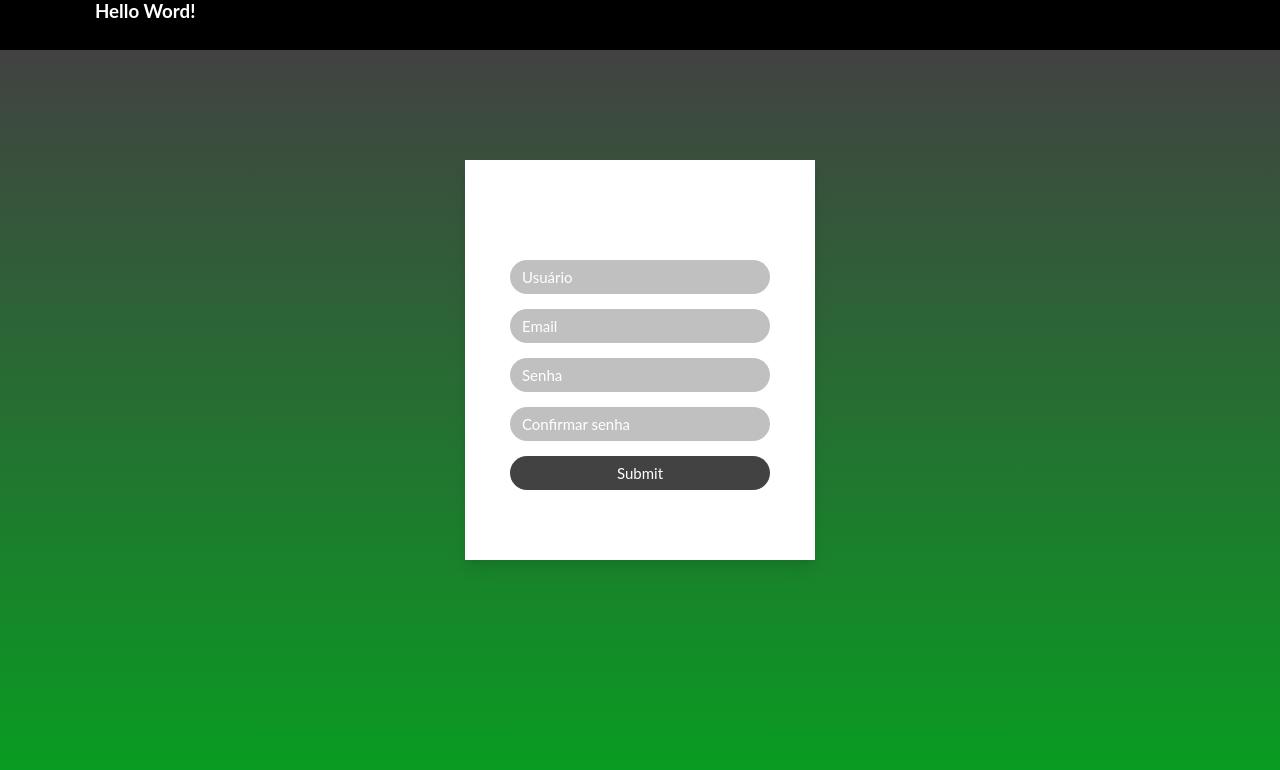
Repository: JoaoNahid/adminSystem
Page: /cadastro (app in client/)
These files come from the project's save history. The page is drawn as it stood at one moment and after the next save; the edit follows.
The browser window is 1280 px wide. The pictures show the whole page.
The project was rebuilt for these pictures with package versions that can differ from the ones it lists, and the page was loaded fresh each time. Also part of the build but not shown: client/src/App.css, client/src/routes/login.js, client/src/routes/home.js, client/src/routes/404.js.

Above is the page before, as saved 2022-04-20 20:44:48.

### client/src/App.js
import logo from './logo.svg';
import React, { useState, useEffect } from "react"
import './App.css';
import './css/style.css';


// Router
import { BrowserRouter as Router, Route, Routes } from 'react-router-dom';
// Telas
import Login from './routes/login.js'
import Cadastro from './routes/cadastro.js'
import Home from './routes/home.js'
import Error from './routes/404.js'
import Header from './routes/header.js'

export default function App() {
  return (
    <Router>
      <div>
        <Header />
        <Routes>
          <Route exact path="/login" element={<Login />} />
          <Route exact path="/cadastro" element={<Cadastro />} />
          <Route exact path="/" element={<Home />} />
          <Route path="*" element={<Error />} />
        </Routes>
      </div>
    </Router>
  )
}

### client/src/css/style.css
body{
  margin: 0;
  padding: 0;
  font-family: 'Lato', sans-serif;
}
*{
  margin: 0;
  padding: 0;
  font-family: 'Lato', sans-serif;
}
:root{
  --cor1: #099c22;
  --cor2: #424242;
}

@import url('https://fonts.googleapis.com/css2?family=Lato:ital,wght@0,100;0,300;0,400;0,700;0,900;1,100;1,300;1,400;1,700;1,900&display=swap');


.container{
  /* width: calc(100% - 80px); */
  margin-left: 80px;
  padding: 0 15px;
}
.nomePagina{
  padding: 8px 0;
  margin-bottom: 15px;
  background-color: #fff;
  display: flex;
  flex-direction: row;
  justify-content: space-between;
  align-items: center;
}

.tituloPagina{
  color: var(--cor2);
  font-size: 30px;
}
.mostrarEstatisticas{
  color: var(--cor2);
  font-size: 30px;
  cursor: pointer;
  transform: rotate(180deg);
}
.flexBox{
  display: flex;
}
.flexRow{
  flex-direction: row;
}
/* SIDEBAR */
.sidebar{
  position: fixed;
  top: 0;
  bottom: 0;
  height: auto;
  width: 70px;
  background-color: var(--cor2);
  box-shadow: 10px 0 0 var(--cor1);
  overflow: hidden;
  transition: 0.5s;
  z-index: 2;
}
.sidebar:hover{
  width: 300px;
}
.sidebar ul{
  position: absolute;
  top: 200px;
  left: 0;
  width: 100%;
  padding-left: 5px;
}
.sidebar ul li{
  position: relative;
  list-style: none;
  width: 100%;
  border-top-left-radius: 20px;
}
.sidebar ul li a{
  position: relative;
  display: flex;
  width: 100%;
  text-decoration: none;
  color: #fff;
}
.sidebar .iconeSidebar{
  position: relative;
  display: block;
  min-width: 60px;
  height: 60px;
  text-align: center;
  line-height: 70px;
}
.sidebar .iconeSidebar ion-icon{
  position: relative;
  font-size: 1.5rem;
  z-index: 1;
}
.sidebar .tituloSidebar{
  position: relative;
  display: block;
  padding-left: 10px;
  height: 60px;
  line-height: 60px;
  white-space: nowrap;
}
.sidebar .active{
  background: var(--cor1);
}
.perfilUsuario{
  position: relative;
  top: 30px;
  display: flex;
  flex-direction: column;
  justify-content: center;
  align-items: center;
}
.fotoUsuario{
  width: 50px;
  height: 50px;
  border-radius: 50%;
  background-size: cover !important;
  background-repeat: no-repeat !important;
  background-position: center !important;
  transition: 0.6s;
}
.sidebar:hover .fotoUsuario{
  width: 100px;
  height: 100px;
}
.sidebar:hover .nomeUsuario,
.sidebar:hover .funcaoUsuario{
  visibility: visible;
  opacity: 1;
  transition: visibility 0s, opacity 0s linear;
}
.nomeUsuario{
  color: #fff;
  font-size: 20px;
  margin-top: 6px;
  visibility: hidden;
  opacity: 0;
  transition: visibility 0s, opacity 0s linear;
}
.funcaoUsuario{
  color: #fff;
  font-size: 15px;
  visibility: hidden;
  opacity: 0;
  transition: visibility 0s, opacity 0s linear;
}
/* FIM SIDEBAR */

/* DASHBOARD */
.areaBlocosEstatisticas{
  display: grid;
  grid-template-columns: repeat(4, 1fr);
  justify-content: center;
  gap: 20px;
  flex-direction: row;
}
@media(max-width: 1064px){
  .areaBlocosEstatisticas{
    grid-template-columns: repeat(2, 1fr);
  }
}
@media(max-width: 651px){
  .areaBlocosEstatisticas{
    grid-template-columns: 1fr;
  }
}
.blocoEstatistica{
  width: auto;
  height: 150px;
  background: var(--cor2);
  color: #fff;
  border-bottom: 3px solid var(--cor1);
  border-top-left-radius: 20px;
  border-top-right-radius: 20px;
  display: flex;
  flex-direction: column;
  justify-content: space-between;
  align-items: center;
  padding: 8px 12px;
}
.tituloEstatistica{
  font-size: 25px;
  text-transform: capitalize;
}
.conteudoEstatistica{
  display: flex;
  flex-direction: row;
  align-items: center;
  justify-content: space-between;
  width: 100%;
  padding-bottom: 25px;
}
.iconeEstatistica{
  width: 85px;
  font-size: 50px;
  z-index: 0;
}
.dadosEstatistica{
  text-align: center;
  width: 100%;
  font-size: 60px;
  color: #fff;
}
.exibirMenu{
  margin-top: -1000px !important;
  transition: .3s;
}
.rotacionarBtn{
  transform: rotate(180deg);
  transition: .7s ease-in;
}
/* FIM DASHBOARD */

/* LOGIN */
#bgAreaLogin{
  background: rgb(9,156,34);
  background: linear-gradient(0deg, rgba(9,156,34,1) 0%, rgba(66,66,66,1) 100%);
  width: 100%;
  height: 100vh;
}
#areaLogin{
  position: absolute;
  top: 0;
  bottom: 0;
  right: 0;
  left: 0;
  margin: auto auto;
  width: 350px;
  height: 400px;
  box-shadow: rgba(0, 0, 0, 0.1) 0px 10px 15px -3px, rgba(0, 0, 0, 0.05) 0px 4px 6px -2px;
  background-color: #fff;
}
.formLogin{
  padding: 15px 45px ;
  display: flex;
  flex-direction: column;
  gap: 15px;
  align-items: center;
  justify-content: center;
  height: 100%;
}
#areaLogin input{
  /* border-top: 0 none;
  border-right: 0 none;
  border-left: 0 none;
  border-color: var(--cor1); */
  border: 0 none;
  background: #42424255;
  color: var(--cor2);
  border-radius: 20px;
  padding: 8px 12px;
  font-size: 15px;
  width: calc(100% - 24px);
}
#areaLogin input::placeholder{
  color: #fff;
}
#areaLogin input:focus{
  outline: none;
}
.btnLogar{
  width: 100% !important;
  background-color: var(--cor2) !important;
  transition: .3s;
  color: #fff !important;
}
.btnLogar:hover{
  background-color: var(--cor1) !important;
  color: #fff !important;
  cursor: pointer;
}
.esqueciASenha{
  font-size: 13px;
  color: var(--cor2);
  text-decoration: none;
}
.esqueciASenha:hover{
  color: inherit;
}

/* FIM LOGIN */

/* Edição Site */
#areaTotalEdicaoSite{
  width: 100%;
}
.menuPaginas{
  display: flex;
  justify-content: center;
  flex-direction: row;
  margin-left: 230px;
  gap: 1px;
  background: var(--cor1);
}
.paginaEdicao{
  padding: 10px 10px;
  background-color: var(--cor2);
  color: #fff;
  width: 100%;
  text-align: center;
}
.paginaEdicao:hover{
  background: var(--cor1);
  cursor: pointer;
}
.menuSectionsPagina{
  width: 230px;
  display: flex;
  flex-direction: column;
  justify-content: center;
  background: var(--cor1);
}
.sectionEdicao{
  background: var(--cor2);
  color: #fff;
  width: calc(100% - 25px);
  text-align: left;
  padding: 16px 12px;
  text-decoration: none;
}
.sectionEdicao:hover{
  background: var(--cor1);
  cursor: pointer;
}
.boxFormEdicao{
  padding: 20px;
  width: calc(100% - 267px);
  border: solid 1px var(--cor2);
  border-left: solid 1px var(--cor1);
}
.tituloCampo{
  font-size: 18px;
  color: var(--cor2);
  margin-bottom: 10px;
}
.menuAtivo{
  background-color: var(--cor1);
}
/* Fim Edição Site */


/* INPUTS */
input:focus{
  outline: 0;
}
.formEdicao input{
  border-top: 0 none;
  border-right: 0 none;
  border-left: 0 none;
  border-bottom: 2px solid var(--cor2);
  padding: 0 5px 2px;
  font-size: 15px;
  transition: 0.3s;
  width: 100%;
}
.formEdicao input:focus{
  border-color: var(--cor1);
}
/* FIM INPUTS */

#headerArea{
  height: 50px;
  width: 100%;
  background-color: #000;
  color: #fff;
}

### client/src/routes/cadastro.js
import React, { Component } from "react"
import Axios from "axios"
import md5 from "md5-hash"

export default class Cadastro extends Component {
    constructor() {
        super()

        this.state = {
            usuario: "",
            senha: "",
            email: "",
            confirmarSenha: ""
        }
    }

    cadastrar = (e) => {
        e.preventDefault()
        if (this.state.senha === this.state.confirmarSenha){
             Axios.post('http://localhost:3001/cadastro', {
                usuario: this.state.usuario,
                senha: md5(this.state.senha),
                email: this.state.email
            }).then((response) => {
                console.log(response)
            })
            Axios.get('http://localhost:3001/cadastro/'+this.state.email+'/'+this.state.usuario).then((response) => {
                console.log(response)
                var dadosDoServidor = response.data[0]
                console.log(response.data[0])
                localStorage.setItem("id", dadosDoServidor.idUsuario)
                localStorage.setItem("email", dadosDoServidor.email)
            })
            if (localStorage.getItem("id") && localStorage.getItem("email")){
                window.location.href = "/home"
            }

        } else{
            console.log(this.state.senha)
            console.log(this.state.confirmarSenha)
            alert('Senhas não conferem')
        }

    }

    render() {
        return (
            <div id="bgAreaLogin">
                <div id="areaLogin" className="">
                    <div className="logoAreaLogin">

                    </div>
                    <form className="formLogin" method="post">
                        <input className="inputCampo" type="text" autoComplete="off" placeholder="Usuário" name="usuario" defaultValue={this.state.usuario} onChange={(e) => (this.setState({ usuario: e.target.value }))} />
                        <input className="inputCampo" type="text" autoComplete="off" placeholder="Email" name="email" defaultValue={this.state.email} onChange={(e) => (this.setState({ email: e.target.value }))} />
                        <input className="inputCampo" type="password" autoComplete="off" placeholder="Senha" name="senha" defaultValue={this.state.senha} onChange={(e) => (this.setState({ senha: e.target.value }))} />
                        <input className="inputCampo" type="password" autoComplete="off" placeholder="Confirmar senha" name="confirmarSenha" defaultValue={this.state.confirmarSenha} onChange={(e) => (this.setState({ confirmarSenha: e.target.value }))} />

                        <input className="btnLogar" type="submit" name="logar" defaultValue="Criar conta" onClick={(e) => this.cadastrar(e)} />
                    </form>
                </div>
            </div>
        )
    }
}

### client/src/routes/header.js
import React, { Component } from "react"

export default function Header() {

    return(
        <div id="headerArea">
            <div className="container">
                <h3>Hello Word!</h3>
            </div>
        </div>
    )
}

Loaded but not shown: client/public/index.html (common file); client/src/index.js (common file); client/src/index.css (common file); client/src/reportWebVitals.js (common file)

After the next save:
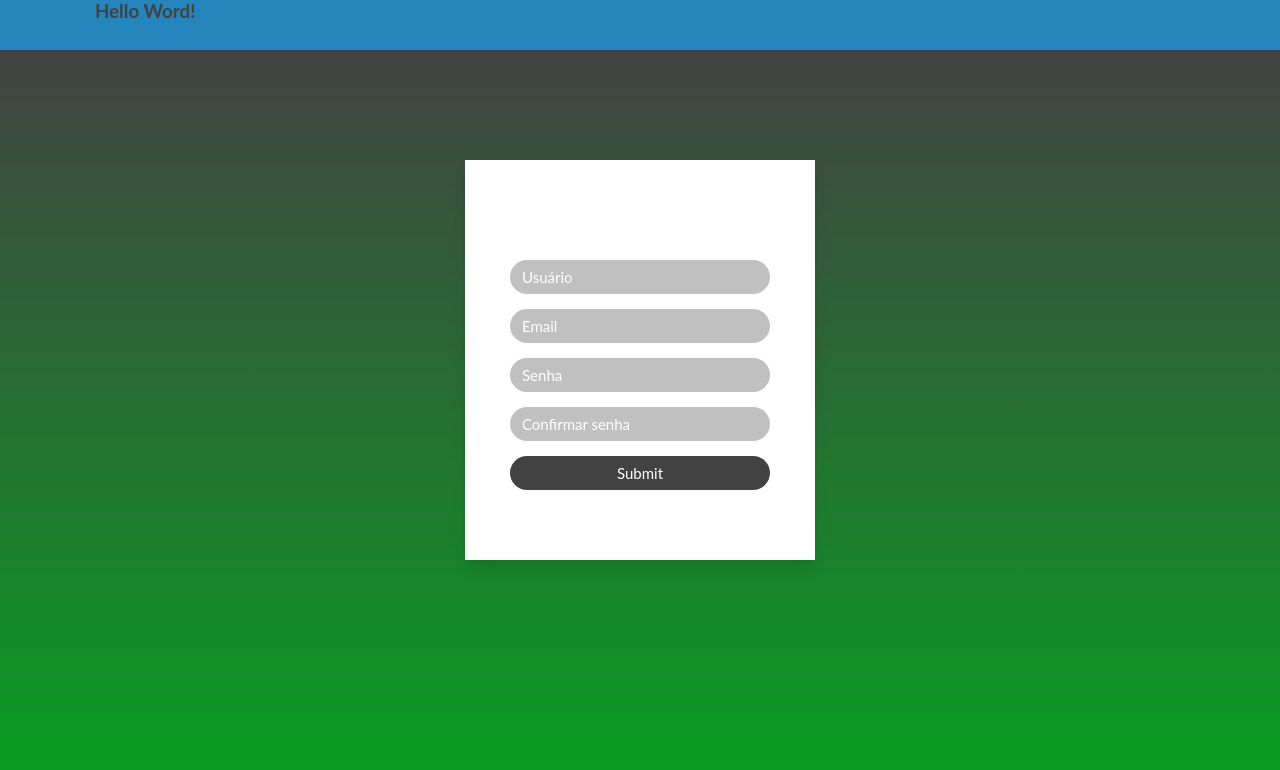
Saved 37 s later.
--- a/client/src/css/style.css
+++ b/client/src/css/style.css
@@ -366,6 +366,6 @@ input:focus{
 #headerArea{
   height: 50px;
   width: 100%;
-  background-color: #000;
-  color: #fff;
-}
+  background-color: rgb(36, 133, 189);
+  color: #424242;
+}
